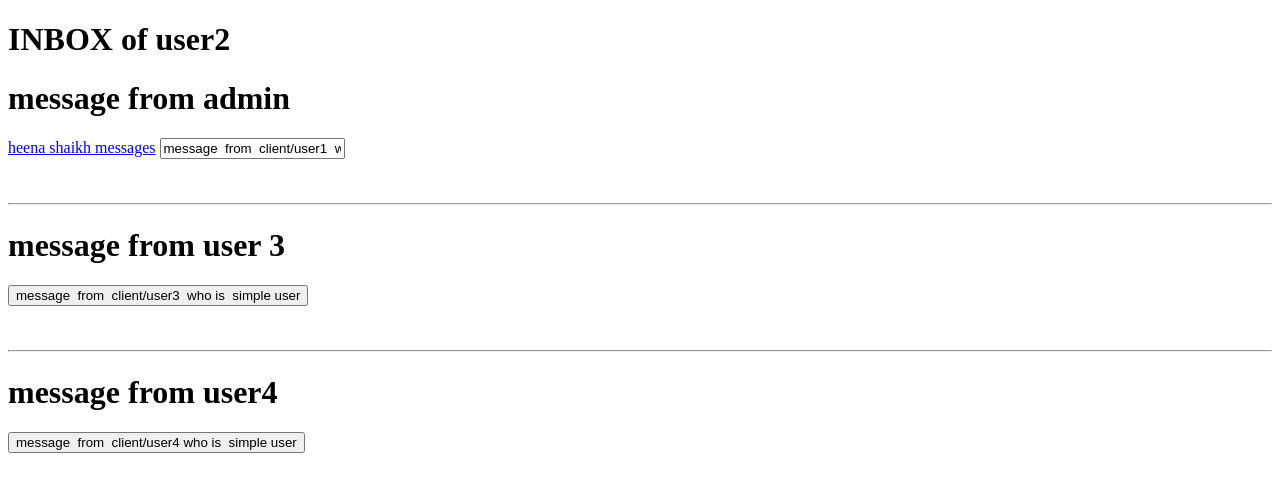
Repository: heenasalim/Java_Script
Page: Simplehtmldemo/WebContent/FBUSER2.html
An editor plug-in stored every save of this project. The page is shown before and after the next save, followed by the edit.
The browser window is 1280 px wide. The pictures show the whole page.

Above is the page before, as saved 2015-10-12 11:10:27.

### Simplehtmldemo/WebContent/FBUSER2.html
<!DOCTYPE html PUBLIC "-//W3C//DTD HTML 4.01 Transitional//EN" "http://www.w3.org/TR/html4/loose.dtd">
<html>
<head>
<meta http-equiv="Content-Type" content="text/html; charset=ISO-8859-1">
<title>Insert title here</title>
</head>
<body>
<H1>INBOX  of  user2</H1>
<h1>message  from  admin</h1>
<a href="heena  shaikh">heena  shaikh  messages</a>
<input type="text"  value="message  from  client/user1  who is  admin  user">
<br/>
<br/>
<br/>
<hr/>
<h1>message  from user 3</h1>
<input type="submit"  value="message  from  client/user3  who is  simple user">
<br/><br/><br/>
<hr/>
<h1>message  from  user4</h1>
<input type="submit"  value="message  from  client/user4 who is  simple user">
</body>
</html>

After the next save:
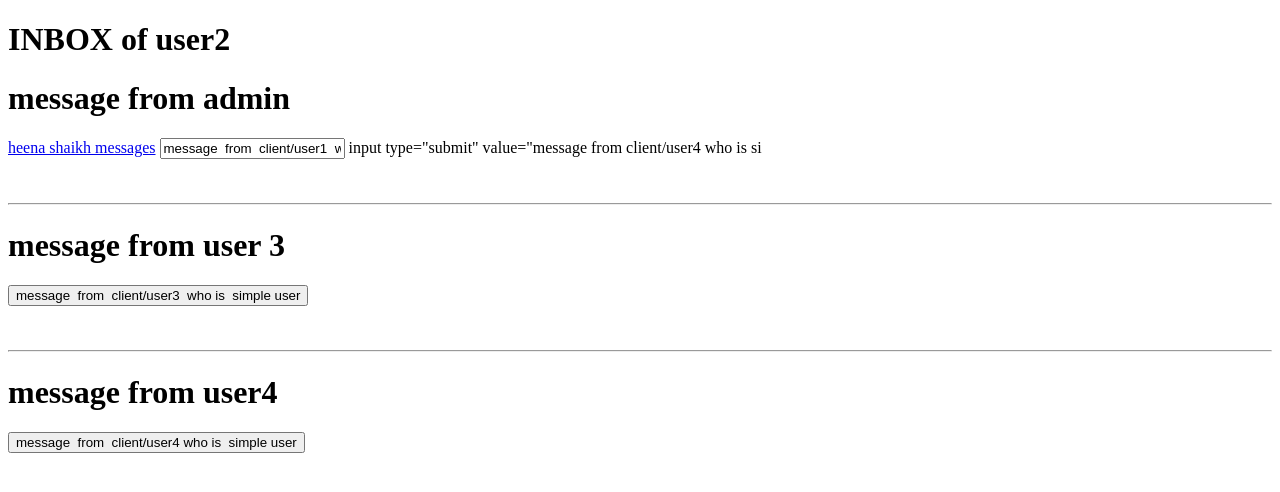
Saved 78 s later.
--- a/Simplehtmldemo/WebContent/FBUSER2.html
+++ b/Simplehtmldemo/WebContent/FBUSER2.html
@@ -9,6 +9,7 @@
 <h1>message  from  admin</h1>
 <a href="heena  shaikh">heena  shaikh  messages</a>
 <input type="text"  value="message  from  client/user1  who is  admin  user">
+input type="submit"  value="message  from  client/user4 who is  si
 <br/>
 <br/>
 <br/>
